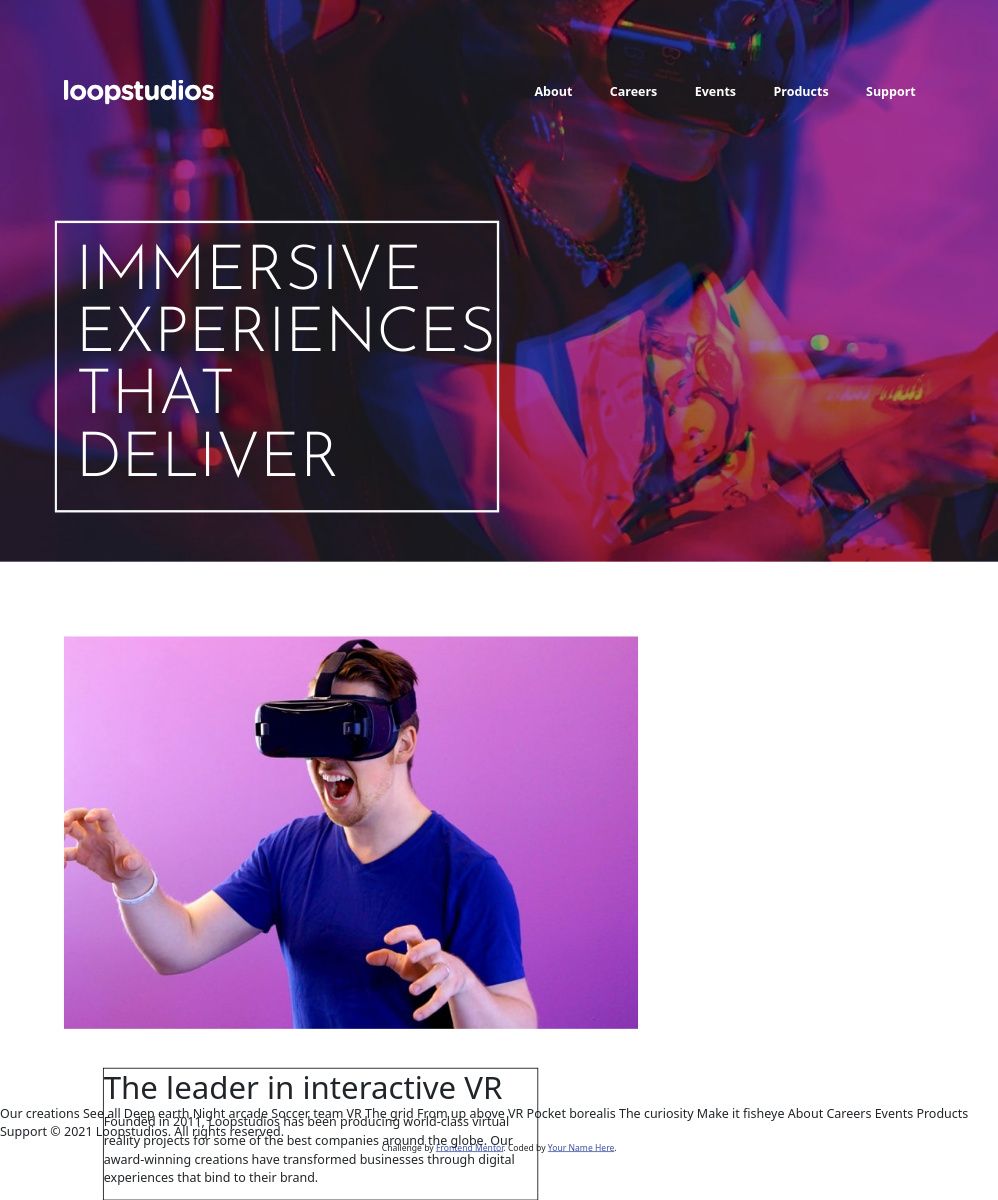
Repository: badhon252/revision
Page: loopstudios-landing-page-main/index.html
The author's editor kept a copy of each file at every save. The page is drawn from the files as they stood at one save, then again after the next save.
The browser window is 1280 px wide. The pictures show the whole page, at 78% of full size.
Some web libraries are served in a nearby version. The style sheet was rebuilt from its Sass, Less or Tailwind sources for each picture, by a compiler version that may differ from the author's.

Above is the page before, as saved 2022-04-17 15:04:41.

### loopstudios-landing-page-main/index.html
<!DOCTYPE html>
<html lang="en">

<head>
  <meta charset="UTF-8">
  <meta name="viewport" content="width=device-width, initial-scale=1.0">
  <!-- displays site properly based on user's device -->

  <link rel="icon" type="image/png" sizes="32x32" href="./images/favicon-32x32.png">

  <!-- bs-5  -->
  <link href="https://cdn.jsdelivr.net/npm/bootstrap@5.0.2/dist/css/bootstrap.min.css" rel="stylesheet"
    integrity="sha384-EVSTQN3/azprG1Anm3QDgpJLIm9Nao0Yz1ztcQTwFspd3yD65VohhpuuCOmLASjC" crossorigin="anonymous">
  <!-- fontawesome -->
  <script src="https://kit.fontawesome.com/149857f189.js" crossorigin="anonymous"></script>

  <title>Frontend Mentor | Loopstudios landing page</title>

  <!-- Feel free to remove these styles or customise in your own stylesheet 👍 -->
  <link rel="stylesheet" href="scss/style.css">
</head>

<body>
  <header>
    <div class="header py-5">
      <nav class="navbar navbar-expand-lg navbar-dark py-5">
        <div class="container">
          <a class="navbar-brand" href="#">
            <img src="./images/logo.svg" alt="">
          </a>
          <button class="navbar-toggler" type="button" data-bs-toggle="collapse"
            data-bs-target="#navbarSupportedContent" aria-controls="navbarSupportedContent" aria-expanded="false"
            aria-label="Toggle navigation">
            <span class="navbar-toggler-icon"></span>
          </button>
          <div class="collapse navbar-collapse" id="navbarSupportedContent">
            <ul class="navbar-nav ms-auto mb-2 mb-lg-0">
              <li class="nav-item  mx-3">
                <a class="nav-link " aria-current="page" href="#">About</a>
              </li>
              <li class="nav-item  mx-3">
                <a class="nav-link" href="#">Careers</a>
              </li>

              <li class="nav-item  mx-3">
                <a class="nav-link " href="#">Events</a>
              </li>
              <li class="nav-item  mx-3">
                <a class="nav-link" href="#">Products</a>
              </li>
              <li class="nav-item  mx-3">
                <a class="nav-link" href="#">Support</a>
              </li>
            </ul>

          </div>
        </div>
      </nav>

      <div class="header-content container py-5 my-5">
        <div class="row">
          <div class="col-md-6 border border-light border-3 p-4">Immersive experiences that deliver</div>
          <div class="col-md-6"></div>
        </div>
      </div>
    </div>

  </header>



  <section class="container">
    <div class="vr-sec my-5 py-5">
      <div class="row ">
        <div class="col-md-8">
          <div class="image">
            <img class="w-100" src="./images/desktop/image-interactive.jpg" alt="">
          </div>
          <div class="vr-card">
            <h1>
              The leader in interactive VR

            </h1>
            <p>
              Founded in 2011, Loopstudios has been producing world-class virtual reality
              projects for some of the best companies around the globe. Our award-winning
              creations have transformed businesses through digital experiences that bind
              to their brand.
            </p>
          </div>
        </div>
        <div class="col-md-4 ">

        </div>
      </div>



    </div>
  </section>







  Our creations

  See all

  Deep earth
  Night arcade
  Soccer team VR
  The grid
  From up above VR
  Pocket borealis
  The curiosity
  Make it fisheye

  About
  Careers
  Events
  Products
  Support

  © 2021 Loopstudios. All rights reserved.

  <div class="attribution">
    Challenge by <a href="https://www.frontendmentor.io?ref=challenge" target="_blank">Frontend Mentor</a>.
    Coded by <a href="#">Your Name Here</a>.
  </div>

  <!-- bs-5 js  -->
  <script src="https://cdn.jsdelivr.net/npm/bootstrap@5.0.2/dist/js/bootstrap.bundle.min.js"
    integrity="sha384-MrcW6ZMFYlzcLA8Nl+NtUVF0sA7MsXsP1UyJoMp4YLEuNSfAP+JcXn/tWtIaxVXM"
    crossorigin="anonymous"></script>
</body>

</html>

### loopstudios-landing-page-main/scss/style.scss
@import url("https://fonts.googleapis.com/css2?family=Alata&display=swap");

@import url("https://fonts.googleapis.com/css2?family=Josefin+Sans:wght@300&display=swap");

header {
  background-image: url(../images/desktop/image-hero.jpg);
  background-size: cover;

  .header {
    background-color: rgba(0, 0, 0, 0.377);
    height: 100vh;
    position: relative;
    .nav-link {
      color: #fff;
      font-weight: 700;
    }
  }
  .navbar-dark .navbar-nav .nav-link {
    color: rgb(255, 255, 255);
  }
  .header-content {
    font-size: 5em;
    font-weight: 300;
    color: #fff;
    font-family: "Josefin Sans", sans-serif;
    // font-family: "Alata", sans-serif;
    text-transform: uppercase;
    overflow: hidden;
    line-height: 1;
  }

  //   .navbar-toggler {
  //     position: absolute;
  //     z-index: 111;
  //     fill: #fff;
  //     color: #fff;
  //   }
}
// vr section =============
.vr-sec {
  position: relative;
  .vr-card {
    border: 1px solid black;
    width: 50%;
    margin: 50px;
    // padding: 100px;
    position: absolute;
    // margin-left: -189px;
    // margin-top: 346px;
  }
}
// Footer
.attribution {
  font-size: 11px;
  text-align: center;
}

.attribution a {
  color: hsl(228, 45%, 44%);
}

After the next save:
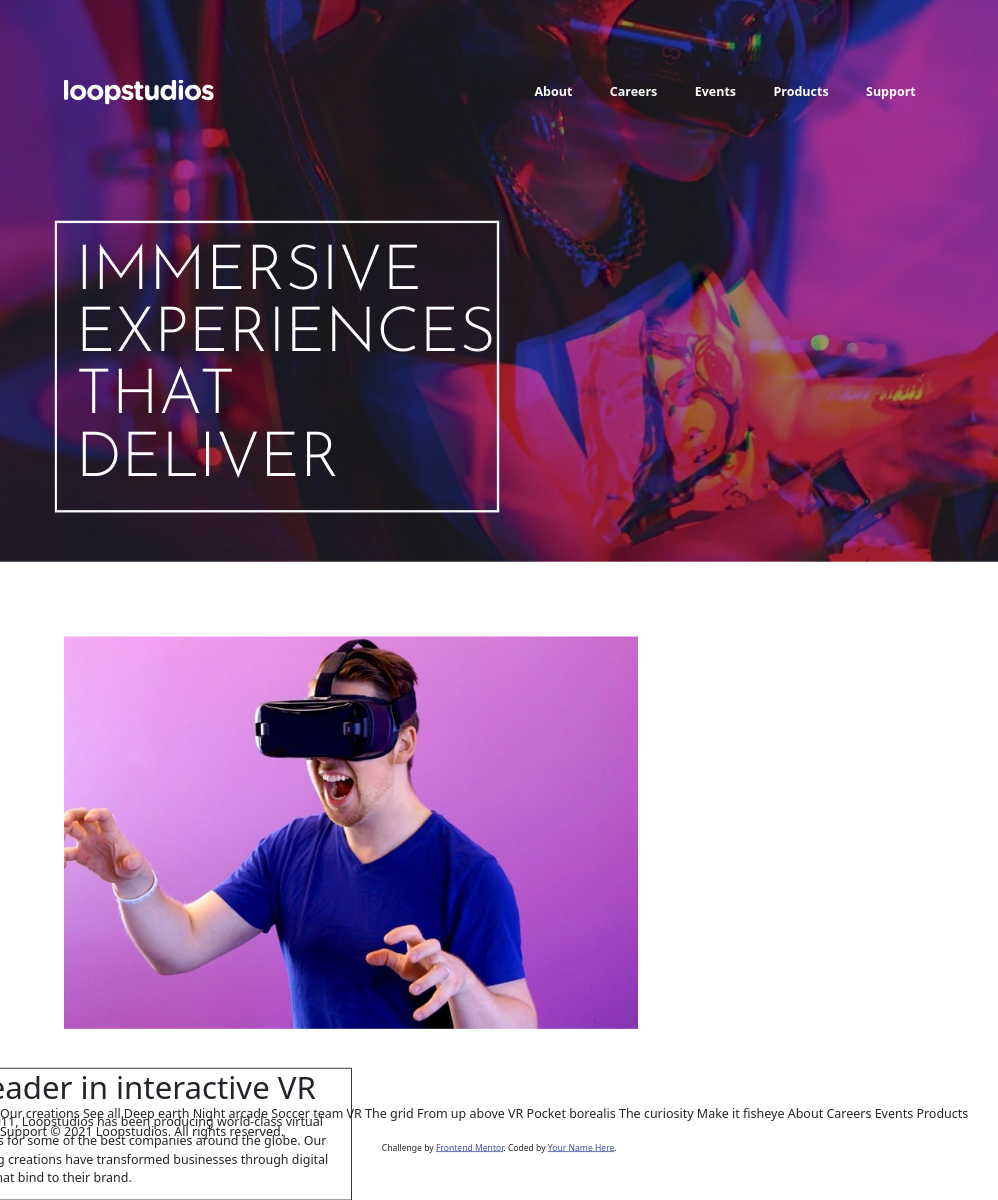
Saved 23 s later.
--- a/loopstudios-landing-page-main/scss/style.scss
+++ b/loopstudios-landing-page-main/scss/style.scss
@@ -45,8 +45,8 @@ header {
     margin: 50px;
     // padding: 100px;
     position: absolute;
-    // margin-left: -189px;
-    // margin-top: 346px;
+    margin-left: -189px;
+    margin-bottom: 346px;
   }
 }
 // Footer
